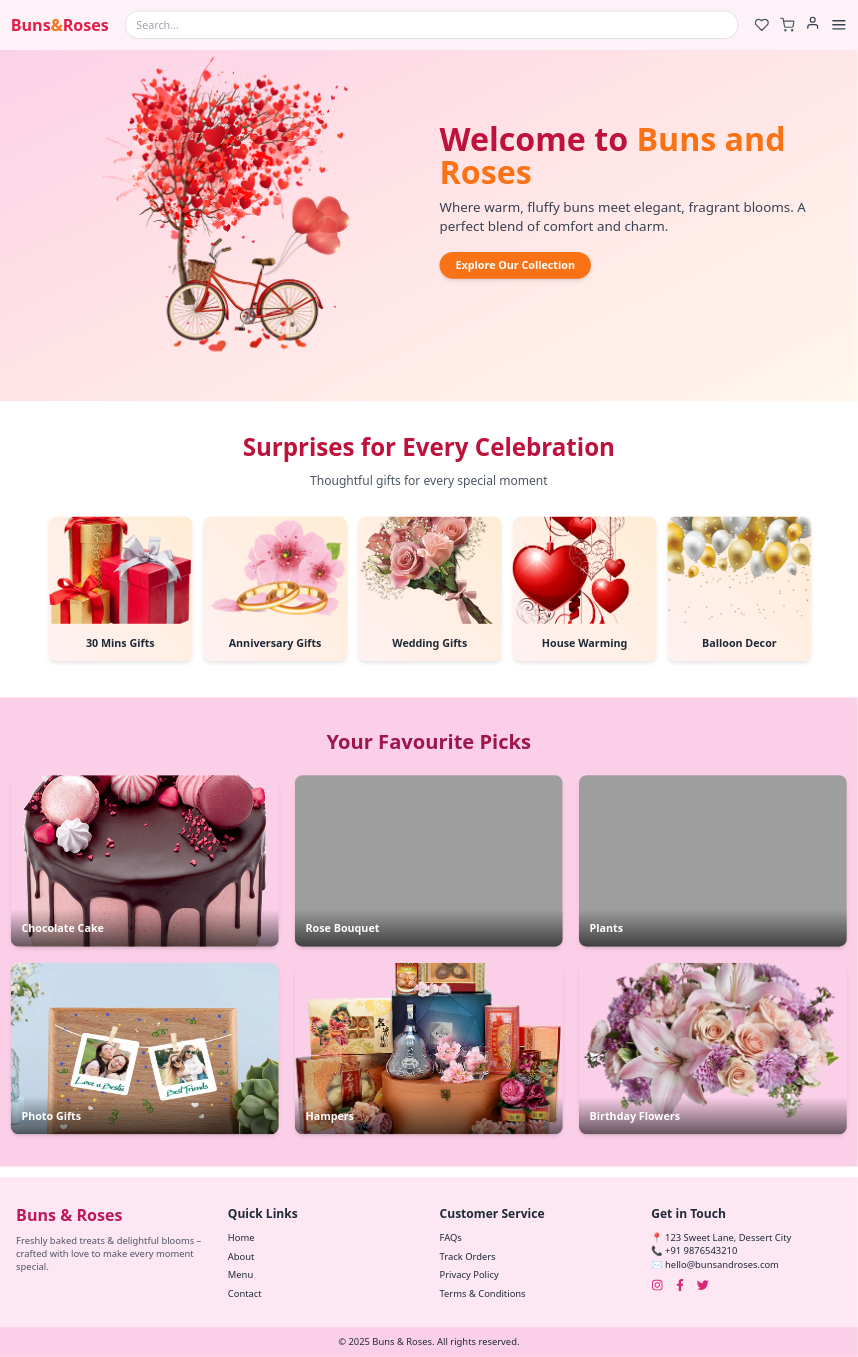
Repository: Purniagithub/buns-and-roses
Page: /
These files come from the project's save history. The page is drawn as it stood at one moment and after the next save; the edit follows.
The browser window is 1280 px wide. The pictures show the whole page, at 67% of full size.
Pictures or frames that could not be fetched are drawn as grey boxes. The project was rebuilt for these pictures with package versions that can differ from the ones it lists, and the page was loaded fresh each time. Also part of the build but not shown: vite.config.js, src/pages/About.jsx. Imported but missing from the stored project, and not drawn on this page: src/components/RelationshipSec tion.

Above is the page before, as saved 2025-08-10 02:45:55.

### src/App.jsx
import React from 'react';
import { BrowserRouter as Router, Routes, Route } from 'react-router-dom';

import Home from './pages/Home';
import About from './pages/About';
import Navbar from './components/Navbar';
import Footer from './components/Footer'; // ✅ Import Footer

function App() {
  return (
    <Router>
      <div className="flex flex-col min-h-screen">
        {/* Navbar at the top */}
        <Navbar />

        {/* Main content area grows to push footer down */}
        <main className="flex-grow">
          <Routes>
            <Route path="/" element={<Home />} />
            <Route path="/about" element={<About />} />
          </Routes>
        </main>

        {/* Footer at the bottom */}
        <Footer />
      </div>
    </Router>
  );
}

export default App;

### src/pages/Home.jsx
import React from "react";
import Slider from "react-slick";
import { motion } from "framer-motion";
import "slick-carousel/slick/slick.css";
import "slick-carousel/slick/slick-theme.css";
import FavouritePicks from "../components/FavouritePicks";

const Home = () => {
  const celebrationItems = [
    { title: "Birthday Gifts", image: "/pngegg (6).png" },
    { title: "Send Rakhi Online", image: "/pngegg (3).png" },
    { title: "30 Mins Gifts", image: "/pngegg (4).png" },
    { title: "Anniversary Gifts", image: "/pngegg (7).png" },
    { title: "Wedding Gifts", image: "/pngegg.png" },
    { title: "House Warming", image: "/pngegg (9).png" },
    { title: "Balloon Decor", image: "/pngegg (2).png" },
  ];

  const sliderSettings = {
    dots: false,
    infinite: true,
    speed: 500,
    slidesToShow: 5,
    slidesToScroll: 1,
    autoplay: true,
    autoplaySpeed: 2500,
    responsive: [
      { breakpoint: 1024, settings: { slidesToShow: 3 } },
      { breakpoint: 768, settings: { slidesToShow: 2 } },
      { breakpoint: 480, settings: { slidesToShow: 1 } },
    ],
  };

  return (
    <>
      {/* Hero Section */}
      <div className="min-h-80 bg-gradient-to-br from-pink-200 via-rose-100 to-orange-50 flex items-center justify-center px-4 py-12">
        <div className="max-w-6xl w-full grid grid-cols-1 md:grid-cols-2 gap-8 items-center">
          {/* Left Side - Image */}
          <div className="flex justify-center">
            <img
              src="/pngegg (1).png"
              alt="Delicious buns and roses"
              className="w-full max-w-md h-auto rounded-3xl transform hover:scale-105 transition duration-500"
            />
          </div>

          {/* Right Side - Text Content */}
          <div className="text-center md:text-left">
            <h1 className="text-4xl md:text-5xl font-extrabold text-rose-700 leading-tight mb-4">
              Welcome to <span className="text-orange-500">Buns and Roses</span>
            </h1>
            <p className="text-lg md:text-xl text-gray-700 mb-6">
              Where warm, fluffy buns meet elegant, fragrant blooms. A perfect
              blend of comfort and charm.
            </p>
            <button className="bg-orange-500 hover:bg-orange-600 text-white font-semibold py-2 px-6 rounded-full shadow-md transition duration-300">
              Explore Our Collection
            </button>
          </div>
        </div>
      </div>

      {/* Celebration Section with Slider */}
      <section className="py-12 bg-white px-4">
        <div className="max-w-7xl mx-auto text-center mb-10">
          <h2 className="text-3xl md:text-4xl font-bold text-rose-700 mb-4">
            Surprises for Every Celebration
          </h2>
          <p className="text-gray-600 text-lg">
            Thoughtful gifts for every special moment
          </p>
        </div>

        <div className="max-w-6xl mx-auto">
          <Slider {...sliderSettings}>
            {celebrationItems.map((item, index) => (
              <div key={index} className="px-2">
                <motion.div
                  initial={{ opacity: 0, y: 20 }}
                  animate={{ opacity: 1, y: 0 }}
                  transition={{ duration: 0.6, delay: index * 0.1 }}
                  className="bg-gradient-to-tr from-rose-50 to-orange-100 rounded-xl shadow-md overflow-hidden hover:shadow-xl transition hover:scale-105"
                >
                  <img
                    src={item.image}
                    alt={item.title}
                    className="w-full h-40 object-cover"
                  />
                  <div className="p-4 text-center">
                    <h3 className="text-md font-semibold text-gray-800">
                      {item.title}
                    </h3>
                  </div>
                </motion.div>
              </div>
            ))}
          </Slider>
        </div>
      </section>
       {/* Other homepage sections */}
       <FavouritePicks />
    </>
  );
};

export default Home;

### src/components/Navbar.jsx
import React, { useState, useEffect } from "react";
import { FiMenu, FiX, FiUser, FiHeart, FiShoppingCart } from "react-icons/fi";

const Navbar = () => {
  const [isMenuOpen, setIsMenuOpen] = useState(false);
  const [isDropdownOpen, setIsDropdownOpen] = useState(false);
  const [scrolled, setScrolled] = useState(false);

  useEffect(() => {
    const handleScroll = () => {
      setScrolled(window.scrollY > 50);
    };
    window.addEventListener("scroll", handleScroll);
    return () => window.removeEventListener("scroll", handleScroll);
  }, []);

  const navItems = [
    { label: "Home", href: "/" },
    { label: "Shop", href: "#" },
    { label: "Flowers", href: "#" },
    { label: "Bakery", href: "#" },
    { label: "About", href: "/about" },
    { label: "Contact", href: "#" },
  ];

  return (
    <nav
      className={`w-full fixed top-0 z-50 transition-all duration-300 ${
        scrolled ? "bg-white shadow-md py-2" : "bg-pink-50 py-4"
      }`}
    >
      <div className="max-w-7xl mx-auto px-4 flex justify-between items-center">
        {/* Logo */}
        <div className="text-2xl font-extrabold text-rose-600">
          Buns<span className="text-orange-500">&</span>Roses
        </div>

        {/* Search Bar - only on md+ */}
        <div className="hidden md:flex flex-1 mx-6">
          <input
            type="text"
            placeholder="Search..."
            className="w-full px-4 py-2 rounded-full border border-gray-300 focus:outline-none focus:ring-2 focus:ring-rose-400"
          />
        </div>

        {/* Right Icons */}
        <div className="flex items-center space-x-4">
          <button className="text-gray-600 hover:text-rose-500 transition">
            <FiHeart size={22} />
          </button>
          <button className="text-gray-600 hover:text-orange-500 transition">
            <FiShoppingCart size={22} />
          </button>

          {/* User Dropdown */}
          <div className="relative">
            <button
              onClick={() => setIsDropdownOpen(!isDropdownOpen)}
              className="text-gray-700 hover:text-rose-600 transition"
            >
              <FiUser size={22} />
            </button>
            {isDropdownOpen && (
              <div className="absolute right-0 mt-2 w-40 bg-white border rounded-md shadow-lg py-2 z-10">
                <button className="block w-full text-left px-4 py-2 text-sm hover:bg-rose-100 text-gray-700">
                  Login
                </button>
                <button className="block w-full text-left px-4 py-2 text-sm hover:bg-rose-100 text-gray-700">
                  Sign Up
                </button>
              </div>
            )}
          </div>

          {/* Toggle Button (always visible) */}
          <button
            className="text-gray-700 focus:outline-none"
            onClick={() => setIsMenuOpen(!isMenuOpen)}
          >
            {isMenuOpen ? <FiX size={24} /> : <FiMenu size={24} />}
          </button>
        </div>
      </div>

      {/* Toggle Dropdown Menu (all screen sizes) */}
      {isMenuOpen && (
        <div className="w-full bg-white shadow-md md:hidden px-4 pb-4">
          <ul className="flex flex-col space-y-2">
            {navItems.map((item, index) => (
              <li key={index}>
                <a
                  href={item.href}
                  className="block text-gray-700 text-base px-4 py-2 rounded hover:bg-rose-100 transition"
                >
                  {item.label}
                </a>
              </li>
            ))}
          </ul>
        </div>
      )}

      {/* Desktop Menu as dropdown (same links, visible only if menu is toggled) */}
      {isMenuOpen && (
        <div className="hidden md:block bg-white shadow-md px-4 pb-4">
          <ul className="flex justify-center space-x-6">
            {navItems.map((item, index) => (
              <li key={index}>
                <a
                  href={item.href}
                  className="text-gray-700 hover:text-rose-600 font-medium transition"
                >
                  {item.label}
                </a>
              </li>
            ))}
          </ul>
        </div>
      )}
    </nav>
  );
};

export default Navbar;

### src/components/Footer.jsx
// src/components/Footer.jsx
import React from "react";
import { FaFacebookF, FaInstagram, FaTwitter } from "react-icons/fa";

const Footer = () => {
  return (
    <footer className="bg-pink-100 text-gray-800">
      <div className="max-w-7xl mx-auto px-6 py-10 grid grid-cols-1 md:grid-cols-4 gap-8">

        {/* Brand Info */}
        <div>
          <h2 className="text-2xl font-bold text-pink-700">Buns & Roses</h2>
          <p className="mt-3 text-sm text-gray-600">
            Freshly baked treats & delightful blooms – crafted with love to make every moment special.
          </p>
        </div>

        {/* Quick Links */}
        <div>
          <h3 className="text-lg font-semibold mb-3">Quick Links</h3>
          <ul className="space-y-2 text-sm">
            <li><a href="/" className="hover:text-pink-600">Home</a></li>
            <li><a href="/about" className="hover:text-pink-600">About</a></li>
            <li><a href="/menu" className="hover:text-pink-600">Menu</a></li>
            <li><a href="/contact" className="hover:text-pink-600">Contact</a></li>
          </ul>
        </div>

        {/* Customer Service */}
        <div>
          <h3 className="text-lg font-semibold mb-3">Customer Service</h3>
          <ul className="space-y-2 text-sm">
            <li><a href="/faq" className="hover:text-pink-600">FAQs</a></li>
            <li><a href="/orders" className="hover:text-pink-600">Track Orders</a></li>
            <li><a href="/privacy" className="hover:text-pink-600">Privacy Policy</a></li>
            <li><a href="/terms" className="hover:text-pink-600">Terms & Conditions</a></li>
          </ul>
        </div>

        {/* Contact & Social */}
        <div>
          <h3 className="text-lg font-semibold mb-3">Get in Touch</h3>
          <p className="text-sm">📍 123 Sweet Lane, Dessert City</p>
          <p className="text-sm">📞 +91 9876543210</p>
          <p className="text-sm">✉️ hello@bunsandroses.com</p>
          <div className="flex gap-4 mt-3 text-pink-600 text-lg">
            <a href="#"><FaInstagram /></a>
            <a href="#"><FaFacebookF /></a>
            <a href="#"><FaTwitter /></a>
          </div>
        </div>
      </div>

      {/* Copyright */}
      <div className="bg-pink-200 text-center py-3 text-sm">
        © {new Date().getFullYear()} Buns & Roses. All rights reserved.
      </div>
    </footer>
  );
};

export default Footer;

### src/components/FavouritePicks.jsx
// src/components/FavouritePicks.jsx
import React from "react";

const FavouritePicks = () => {
  const picks = [
    { id: 1, img: "/pngegg (10).png", title: "Chocolate Cake" },
    { id: 2, img: "/pngegg (11).png", title: "Rose Bouquet" },
    { id: 3, img: "/pngegg (12).png", title: "Plants" },
    { id: 4, img: "/pngegg 13.webp", title: "Photo Gifts" },
    { id: 5, img: "/pngegg (13).png", title: "Hampers" },
    { id: 6, img: "/pngegg (14).png", title: "Birthday Flowers" },
  ];

  return (
    <section className="py-12 mb-4 bg-pink-200">
      <div className="max-w-7xl mx-auto px-4">
        <h2 className="text-3xl font-bold text-center text-pink-800 mb-8">
          Your Favourite Picks
        </h2>

        {/* Evenly spaced grid instead of masonry */}
        <div className="grid grid-cols-1 sm:grid-cols-2 md:grid-cols-3 gap-6">
          {picks.map((item) => (
            <div
              key={item.id}
              className="relative overflow-hidden rounded-xl shadow-md hover:scale-[1.02] transition-transform duration-300"
            >
              <img
                src={item.img}
                alt={item.title}
                className="w-full h-64 object-cover"
              />
              <div className="absolute bottom-0 left-0 right-0 bg-gradient-to-t from-black/60 to-transparent p-4">
                <h3 className="text-white font-semibold">{item.title}</h3>
              </div>
            </div>
          ))}
        </div>
      </div>
    </section>
  );
};

export default FavouritePicks;

Loaded but not shown: index.html (common file); src/main.jsx (common file); src/index.css (common file); tailwind.config.js (common file)

After the next save:
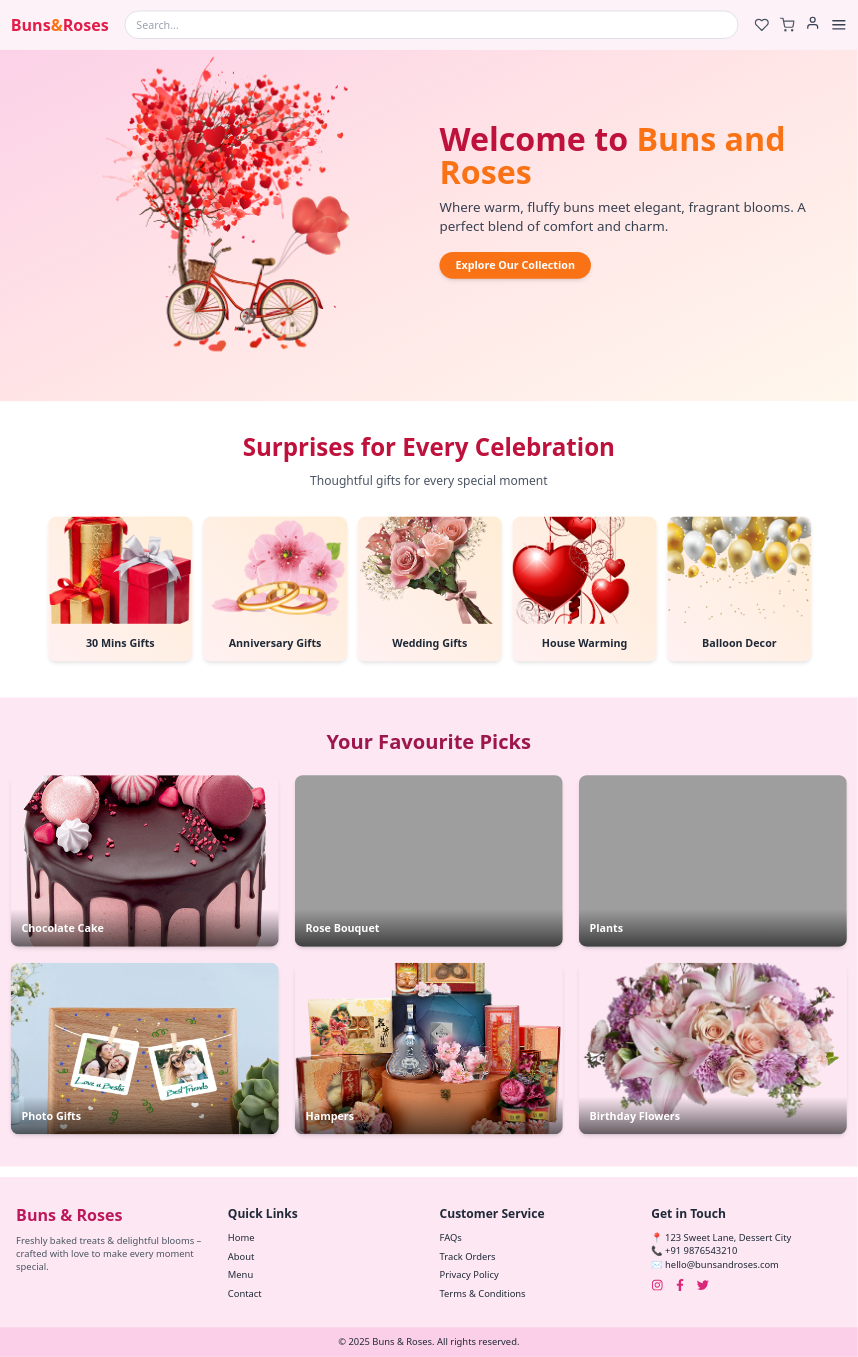
Saved 9 s later.
--- a/src/components/FavouritePicks.jsx
+++ b/src/components/FavouritePicks.jsx
@@ -12,7 +12,7 @@ const FavouritePicks = () => {
   ];
 
   return (
-    <section className="py-12 mb-4 bg-pink-200">
+    <section className="py-12 mb-4 bg-pink-100">
       <div className="max-w-7xl mx-auto px-4">
         <h2 className="text-3xl font-bold text-center text-pink-800 mb-8">
           Your Favourite Picks
